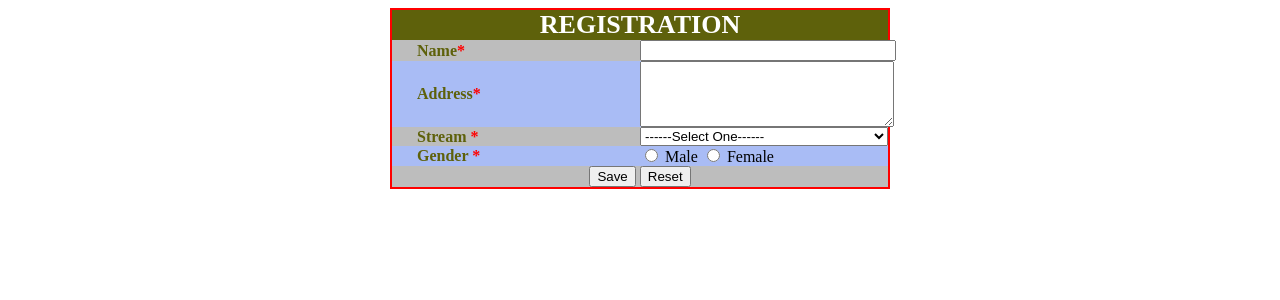
Repository: nsbgit/JavaTutorial
Page: http://localhost/Proj/
These files come from the project's save history. The page is drawn as it stood at one moment and after the next save; the edit follows.
The browser window is 1280 px wide. The pictures show the whole page.
The page is served by Tomcat 9.

Above is the page before, as saved 2013-09-29 08:44:58.

After the next save:
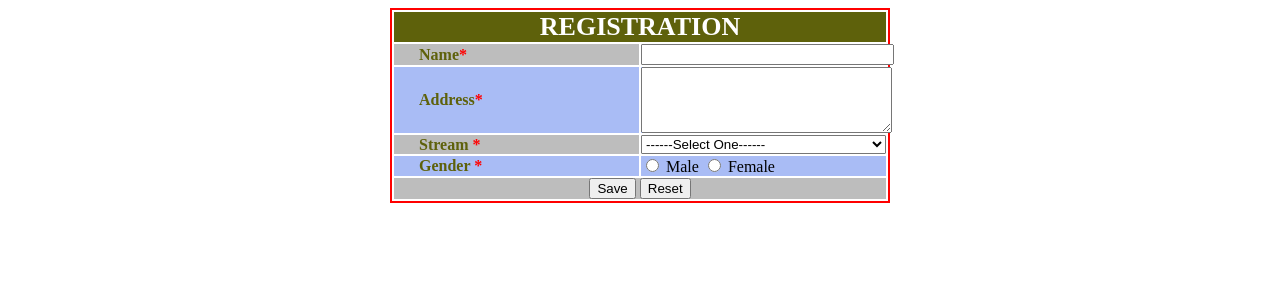
Saved 44 s later.
--- a/Webel/IDE/2013-09-29/TheSukanta/Proj/WebContent/first.jsp
+++ b/Webel/IDE/2013-09-29/TheSukanta/Proj/WebContent/first.jsp
@@ -27,7 +27,7 @@
 </style>
 </head>
 <body>
-	<table width="500px" align="center" class="tab" border="0" cellpadding="0" cellspacing="0">
+	<table width="500px" align="center" class="tab" border="0" cellpadding="0">
 		<tr>
 			<td align="center" colspan="2" class="hd"> REGISTRATION  </td>
 		</tr>
